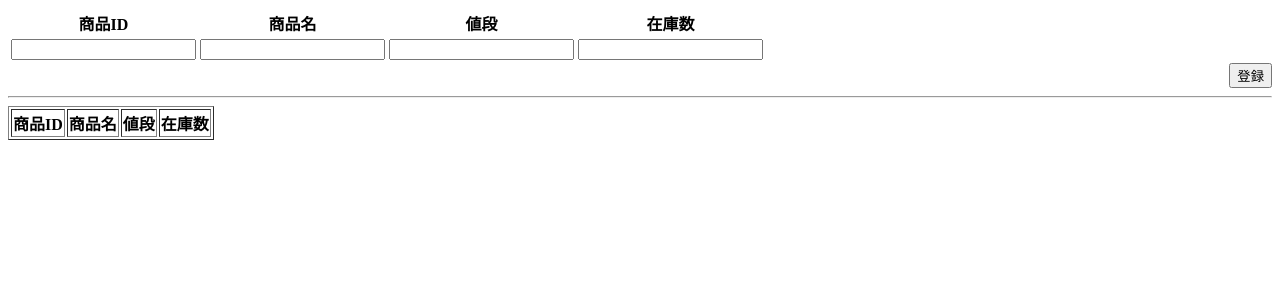
Repository: sachiyuki/java
Page: http://localhost/AdminLogin/itemedit.jsp
An editor plug-in stored every save of this project. The page is shown before and after the next save, followed by the edit.
The browser window is 1280 px wide. The pictures show the whole page.
The page is served by Tomcat 9.

Above is the page before, as saved 2018-03-05 08:02:14.

After the next save:
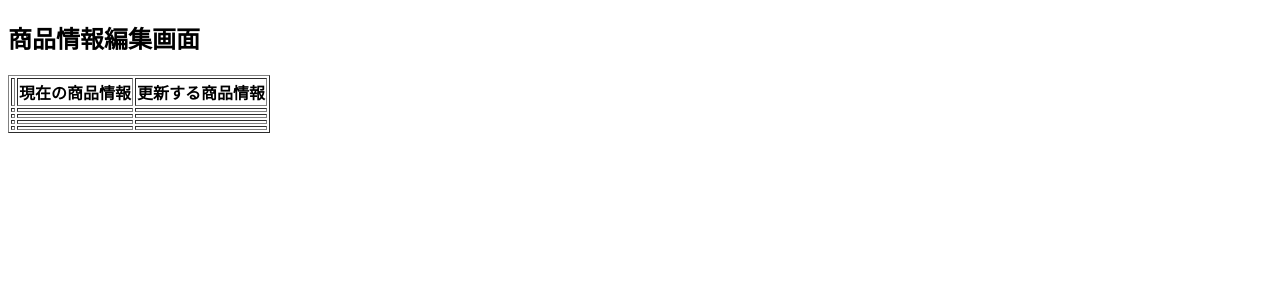
Saved 72 s later.
--- a/AdminLogin/WebContent/itemedit.jsp
+++ b/AdminLogin/WebContent/itemedit.jsp
@@ -1,6 +1,6 @@
 <%@ page language="java" contentType="text/html; charset=UTF-8"
     pageEncoding="UTF-8"%>
-    <%@ taglib prefix="s" uri="/struts-tags" %>
+<%@ taglib prefix="s" uri="/struts-tags" %>
 <!DOCTYPE html PUBLIC "-//W3C//DTD HTML 4.01 Transitional//EN" "http://www.w3.org/TR/html4/loose.dtd">
 <html>
 <head>
@@ -9,44 +9,38 @@
 </head>
 <body>
 
-<s:form action="ItemAction">
-<table border="0">
+
+<h2>商品情報編集画面</h2>
+<s:form>
+
+<table border="1">
 <tr>
-	<th>商品ID</th>
-	<th>商品名</th>
-	<th>値段</th>
-	<th>在庫数</th>
+	<th></th>
+	<th>現在の商品情報</th>
+	<th>更新する商品情報</th>
 </tr>
 <tr>
-	<td><input type="text" name="itemId" value=""/></td>
-	<td><input type="text" name="newName" value=""/></td>
-	<td><input type="text" name="newPrice" value=""/></td>
-	<td><input type="text" name="newStock" value=""/></td>
+	<td></td>
+	<td><s:property value="id"/></td>
+	<td></td>
 </tr>
-</table>
-<s:submit value="登録"/>
-</s:form>
-
-<hr>
-
-<s:form>
-<table border="1">
 <tr>
-	<th>商品ID</th>
-	<th>商品名</th>
-	<th>値段</th>
-	<th>在庫数</th>
+	<td></td>
+	<td><s:property value="itemName"/></td>
+	<td></td>
 </tr>
-<s:iterator value="itemList">
 <tr>
-	<td><s:property value="id"/></td>
-	<td><s:property value="itemName"/></td>
+	<td></td>
 	<td><s:property value="itemPrice"/></td>
+	<td></td>
+</tr>
+	<td></td>
 	<td><s:property value="itemStock"/></td>
+	<td></td>
 </tr>
-</s:iterator>
 </table>
 </s:form>
 
+
 </body>
 </html>
